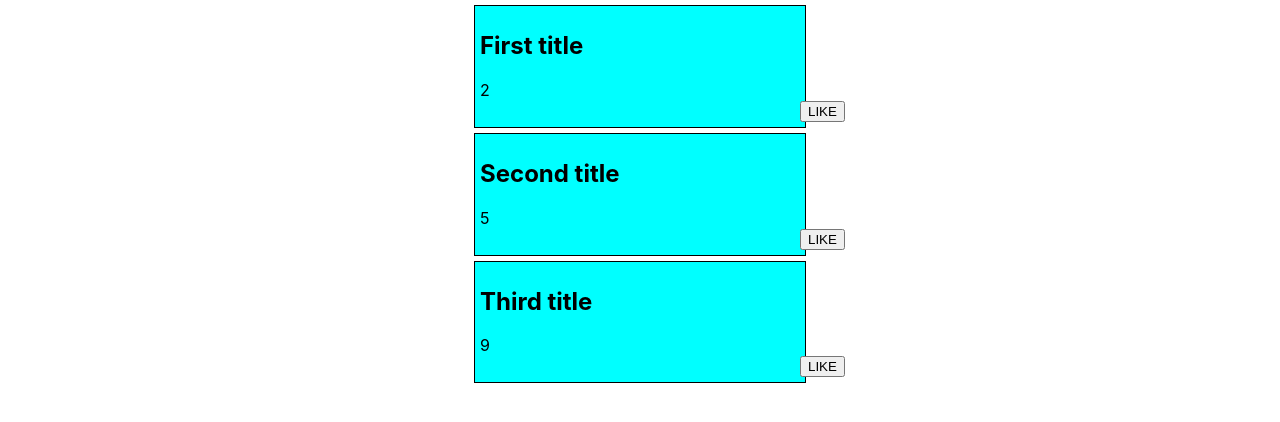
Repository: asapvtec98/egzamin
Page: /
An editor plug-in stored every save of this project. The page is shown before and after the next save, followed by the edit.
The browser window is 1280 px wide. The pictures show the whole page.
The project was rebuilt for these pictures with package versions that can differ from the ones it lists, and the page was loaded fresh each time.

Above is the page before, as saved 2023-11-14 12:32:34.

### src/App.js
import React from "react";
import Komentarz from "./components/Comment";
function App() {
  const comments = [
    {
      title: "First title",
      likes: 2
    },
    {
      title: "Second title",
      likes: 5
    },
    {
      title: "Third title",
      likes: 9
    }
  ]

  const displayComments = comments.map((comment) =>
      <div className="Comment">
        <Komentarz title={comment.title} likes={comment.likes}></Komentarz>
      </div>
  )

  return (
      <div className="App">
        {displayComments}
      </div>
  )
}

export default App;

### src/components/Comment.js
import React, { useState } from "react";
import "./Comment.css";

function Komentarz(props) {
    const [likes, setLike] = useState(false);
    const [count, setCount] = useState(parseInt(props.likes));
    const [show, setShow] = useState(true);

    const handleLikes = () => {
        if(!likes) {
            setLike(true);
            setCount(count + 1);
        } else {
            setLike(false);
            setCount(count - 1);
        }


    };

    return(
        <div className="comment">
            <h2>{props.title}</h2>
            <div>
                    <p className="inline" >{count}</p>
                    <button type="button" onClick={() => {
                        setShow(!show)
                        handleLikes();
                    }}>{show === true ? 'LIKE' : 'DISLIKE'}</button>
            </div>
        </div>
    )

}
export default Komentarz;

### src/components/Comment.css
.comment {
    border: 1px solid black;
    background-color:aqua;
    margin: auto;
    margin-top: 5px;
    margin-bottom: 5px;
    width: 25%;
    padding: 5px;

}


.inline {
    display: inline;
}

button {
    margin-left: 100%;
}

Loaded but not shown: public/index.html (common file); src/index.js (common file); src/index.css (common file); src/reportWebVitals.js (common file)

After the next save:
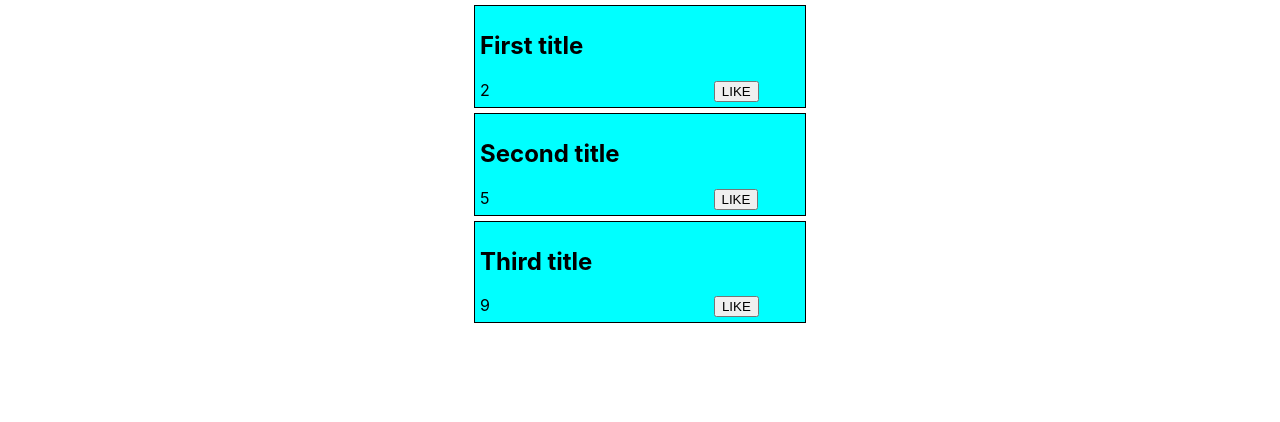
Saved 6 s later.
--- a/src/components/Comment.css
+++ b/src/components/Comment.css
@@ -15,5 +15,5 @@
 }
 
 button {
-    margin-left: 100%;
+    margin-left: 70%;
 }
